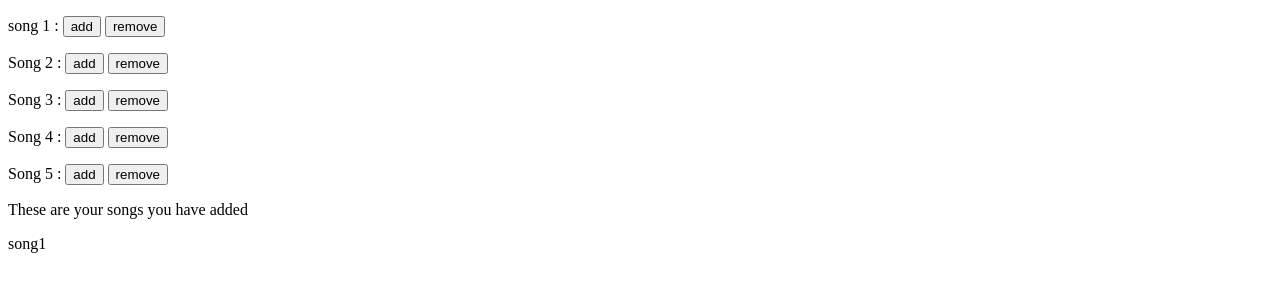
Repository: Kushal18/referesher_assignment1
Page: Html5/WebContent/localStorage.html
An editor plug-in stored every save of this project. The page is shown before and after the next save, followed by the edit.
The browser window is 1280 px wide. The pictures show the whole page.
After loading, the first visible `input` was clicked once.

Above is the page before, as saved 2016-09-17 11:54:53.

After the next save:
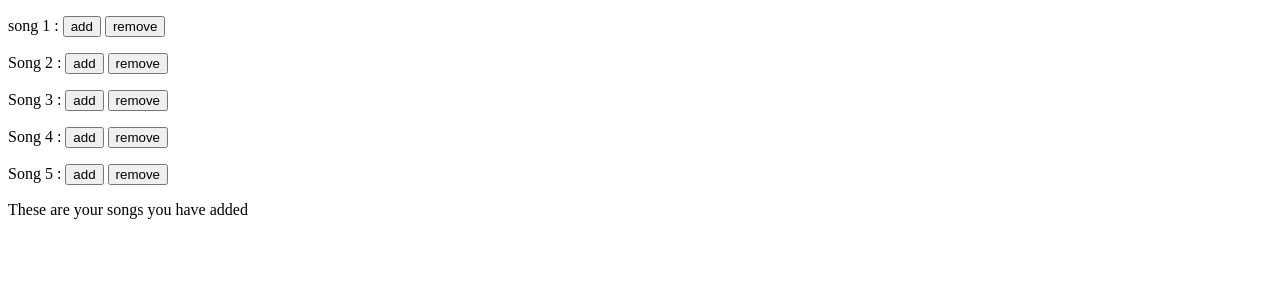
Console error: SyntaxError: Unexpected token '}'
Saved 24 s later.
--- a/Html5/WebContent/localStorage.html
+++ b/Html5/WebContent/localStorage.html
@@ -2,7 +2,7 @@
 <html>
 <title>My Music Play List</title>
 <body>
-<p>song 1 :  <input type = "button" value="add" onclick="song1()" >
+<p>song 1 :  <input type = "button" value="add" onclick="add()" >
 <input type = "button" value="remove" onclick="remove()" ></p>
 <p>Song 2 :  <input type = "button" value="add" onclick="add()">
 <input type = "button" value="remove" onclick="remove()" ></p>
@@ -19,21 +19,28 @@
 <div id="song4"></div>
 <div id="song5"></div>
 <Script>
-function song1(){
+function loadSongs(){
+	if(localStorage.song1 && Number(localStorage.song1) !=0){
+		document.getElementById("song1").innerHTML = "song1";
+	} else if(localStorage.song1 && Number(localStorage.song1) == 0){
+		document.getElementById("song1").innerHTML = "";
+	}
+}
+function add(){
 	if(typeof(Storage)!== "undefined"){
 		if (localStorage.song1) {
 		localStorage.song1 = 1;
 		document.getElementById("song1").innerHTML = "song1";
 		} else{
 			localStorage.song1 = 1;
-			document.getElementById("song1").innerHTML = "song1";
 		}
+		loadSongs();
 		}else{
 			document.getElementById("song1").innerHTML = "Sorry, your browser does not support web storage...";
 		}
 
+	}
 }
-
 
 
 
